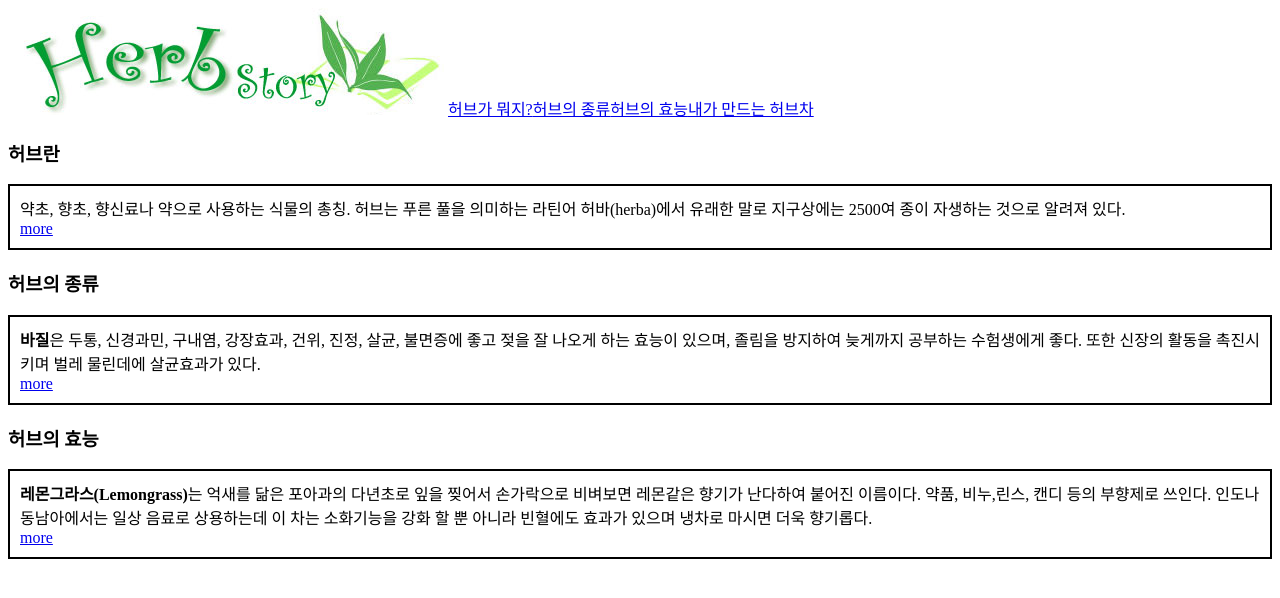
Repository: gus-123/Edu_KCC_HTML
Page: CSS/WebContent/menu.htm
These files come from the project's save history. The page is drawn as it stood at one moment and after the next save; the edit follows.
The browser window is 1280 px wide. The pictures show the whole page.

Above is the page before, as saved 2024-07-09 06:38:58.

After the next save:
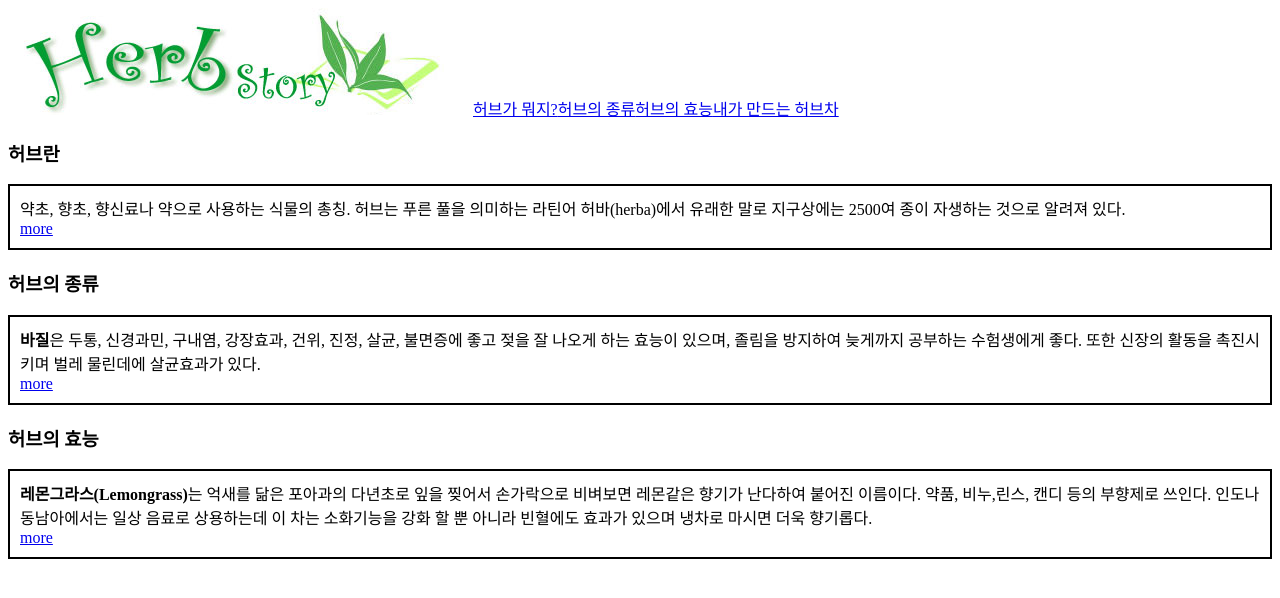
Saved 11 s later.
--- a/CSS/WebContent/menu.htm
+++ b/CSS/WebContent/menu.htm
@@ -14,7 +14,7 @@ ul {
   display: inline-flex;
   margin: 0;
   padding: 0;
-  content: " | ";
+  margin-left: 25px;
 }
 
 .box {
